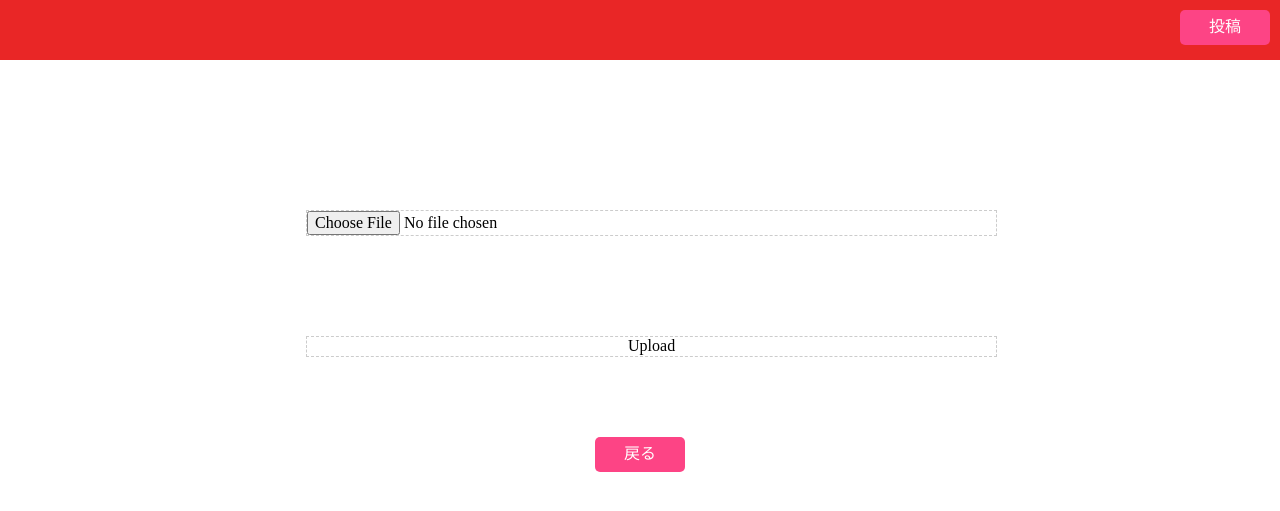
Repository: masaharu0090/yuibon_001
Page: http://localhost/ImagePosting_08.04/views/postImageForm.php?id=25
An editor plug-in stored every save of this project. The page is shown before and after the next save, followed by the edit.
The browser window is 1280 px wide. The pictures show the whole page.
The page is run by PHP 8.4 with error messages shown; the project is at /var/www/html/.

Above is the page before, as saved 2023-08-05 01:23:43.

### ImagePosting_08.04/views/postImageForm.php
<!DOCTYPE html>
<html lang="ja">

<head>
    <meta charset="UTF-8">
    <meta http-equiv="X-UA-Compatible" content="IE=edge">
    <meta name="viewport" content="width=device-width, initial-scale=1.0">
    <link rel="stylesheet" href="../assets/css/style.css">
    <title>画像投稿アプリ</title>
</head>

<body>
    <?php include('./header.php') ?>
    <div class="submitImage">
        <?php
        $action = isset($_GET['id']) ? "../api/updateImage.php?id={$_GET['id']}" : "../api/postImage.php";
        ?>
        <form action="<?php echo $action; ?>" method="post" enctype="multipart/form-data">
            <input type="file" name="file" id="file">
            <input type="submit" name="submit" value="Upload">
        </form>

        <button onclick="location.href='../html/index.php';" class="backButton">戻る</button>
    </div>
</body>


</html>

<script>
function previewFile(event) {
    var fileData = new FileReader();
    fileData.onload = (function() {
        document.getElementById('preview').src = fileData.result;
    });
    fileData.readAsDataURL(event.files[0]);
}
</script>

### ImagePosting_08.04/views/header.php
<!DOCTYPE html>
<html lang="ja">

<head>
    <meta charset="UTF-8">
    <meta http-equiv="X-UA-Compatible" content="IE=edge">
    <meta name="viewport" content="width=device-width, initial-scale=1.0">
    <link rel="stylesheet" href="../style.css">
    <title>画像投稿アプリ</title>
</head>

<body>
    <div class="header">
        <button class="postImage" onclick="location.href='../views/postImageForm.php';">投稿</button>
    </div>
</body>

</html>

### ImagePosting_08.04/assets/css/style.css
/*! destyle.css v3.0.2 | MIT License | https://github.com/nicolas-cusan/destyle.css */

/* Reset box-model and set borders */
/* ============================================ */

*,
::before,
::after {
  box-sizing: border-box;
  border-style: solid;
  border-width: 0;
}

/* Document */
/* ============================================ */

/**
 * 1. Correct the line height in all browsers.
 * 2. Prevent adjustments of font size after orientation changes in iOS.
 * 3. Remove gray overlay on links for iOS.
 */

html {
  line-height: 1.15; /* 1 */
  -webkit-text-size-adjust: 100%; /* 2 */
  -webkit-tap-highlight-color: transparent; /* 3*/
}

/* Sections */
/* ============================================ */

/**
 * Remove the margin in all browsers.
 */

body {
  margin: 0;
}

/**
 * Render the `main` element consistently in IE.
 */

main {
  display: block;
}

/* Vertical rhythm */
/* ============================================ */

p,
table,
blockquote,
address,
pre,
iframe,
form,
figure,
dl {
  margin: 0;
}

/* Headings */
/* ============================================ */

h1,
h2,
h3,
h4,
h5,
h6 {
  font-size: inherit;
  font-weight: inherit;
  margin: 0;
}
/* Lists (enumeration) */
/* ============================================ */


ul,
ol {
  margin: 0;
  padding: 0;
  list-style: none;
}

/* Lists (definition) */
/* ============================================ */

dt {
  font-weight: bold;
}

dd {
  margin-left: 0;
}

/* Grouping content */
/* ============================================ */

/**
 * 1. Add the correct box sizing in Firefox.
 * 2. Show the overflow in Edge and IE.
 */

hr {
  box-sizing: content-box; /* 1 */
  height: 0; /* 1 */
  overflow: visible; /* 2 */
  border-top-width: 1px;
  margin: 0;
  clear: both;
  color: inherit;
}

/**
 * 1. Correct the inheritance and scaling of font size in all browsers.
 * 2. Correct the odd `em` font sizing in all browsers.
 */

pre {
  font-family: monospace, monospace; /* 1 */
  font-size: inherit; /* 2 */
}

address {
  font-style: inherit;
}

/* Text-level semantics */
/* ============================================ */

/**
 * Remove the gray background on active links in IE 10.
 */

a {
  background-color: transparent;
  text-decoration: none;
  color: inherit;
}

/**
 * 1. Remove the bottom border in Chrome 57-
 * 2. Add the correct text decoration in Chrome, Edge, IE, Opera, and Safari.
 */

abbr[title] {
  text-decoration: underline dotted; /* 2 */
}

/**
 * Add the correct font weight in Chrome, Edge, and Safari.
 */

b,
strong {
  font-weight: bolder;
}

/**
 * 1. Correct the inheritance and scaling of font size in all browsers.
 * 2. Correct the odd `em` font sizing in all browsers.
 */

code,
kbd,
samp {
  font-family: monospace, monospace; /* 1 */
  font-size: inherit; /* 2 */
}

/**
 * Add the correct font size in all browsers.
 */

small {
  font-size: 80%;
}

/**
 * Prevent `sub` and `sup` elements from affecting the line height in
 * all browsers.
 */

sub,
sup {
  font-size: 75%;
  line-height: 0;
  position: relative;
  vertical-align: baseline;
}

sub {
  bottom: -0.25em;
}

sup {
  top: -0.5em;
}

/* Replaced content */
/* ============================================ */

/**
 * Prevent vertical alignment issues.
 */

svg,
img,
embed,
object,
iframe {
  vertical-align: bottom;
}

/* Forms */
/* ============================================ */

/**
 * Reset form fields to make them styleable.
 * 1. Make form elements stylable across systems iOS especially.
 * 2. Inherit text-transform from parent.
 */

button,
input,
optgroup,
select,
textarea {
  -webkit-appearance: none; /* 1 */
  appearance: none;
  vertical-align: middle;
  color: inherit;
  font: inherit;
  background: transparent;
  padding: 0;
  margin: 0;
  border-radius: 0;
  text-align: inherit;
  text-transform: inherit; /* 2 */
}

/**
 * Reset radio and checkbox appearance to preserve their look in iOS.
 */

[type="checkbox"] {
  -webkit-appearance: checkbox;
  appearance: checkbox;
}

[type="radio"] {
  -webkit-appearance: radio;
  appearance: radio;
}

/**
 * Correct cursors for clickable elements.
 */

button,
[type="button"],
[type="reset"],
[type="submit"] {
  cursor: pointer;
}

button:disabled,
[type="button"]:disabled,
[type="reset"]:disabled,
[type="submit"]:disabled {
  cursor: default;
}

/**
 * Improve outlines for Firefox and unify style with input elements & buttons.
 */

:-moz-focusring {
  outline: auto;
}

select:disabled {
  opacity: inherit;
}

/**
 * Remove padding
 */

option {
  padding: 0;
}

/**
 * Reset to invisible
 */

fieldset {
  margin: 0;
  padding: 0;
  min-width: 0;
}

legend {
  padding: 0;
}

/**
 * Add the correct vertical alignment in Chrome, Firefox, and Opera.
 */

progress {
  vertical-align: baseline;
}

/**
 * Remove the default vertical scrollbar in IE 10+.
 */

textarea {
  overflow: auto;
}

/**
 * Correct the cursor style of increment and decrement buttons in Chrome.
 */

[type="number"]::-webkit-inner-spin-button,
[type="number"]::-webkit-outer-spin-button {
  height: auto;
}

/**
 * 1. Correct the outline style in Safari.
 */

[type="search"] {
  outline-offset: -2px; /* 1 */
}

/**
 * Remove the inner padding in Chrome and Safari on macOS.
 */

[type="search"]::-webkit-search-decoration {
  -webkit-appearance: none;
}

/**
 * 1. Correct the inability to style clickable types in iOS and Safari.
 * 2. Fix font inheritance.
 */

::-webkit-file-upload-button {
  -webkit-appearance: button; /* 1 */
  font: inherit; /* 2 */
}

/**
 * Clickable labels
 */

label[for] {
  cursor: pointer;
}

/* Interactive */
/* ============================================ */

/*
 * Add the correct display in Edge, IE 10+, and Firefox.
 */

details {
  display: block;
}

/*
 * Add the correct display in all browsers.
 */

summary {
  display: list-item;
}

/*
 * Remove outline for editable content.
 */

[contenteditable]:focus {
  outline: auto;
}

/* Tables */
/* ============================================ */

/**
1. Correct table border color inheritance in all Chrome and Safari.
*/

table {
  border-color: inherit; /* 1 */
  border-collapse: collapse;
}

caption {
  text-align: left;
}

td,
th {
  vertical-align: top;
  padding: 0;
}

th {
  text-align: left;
  font-weight: bold;
}

/* 共通CSS */
/* ヘッダーCSS */
.header {
  width: 100%;
  height: 60px;
  background-color: #e92626;
  display: flex;
  justify-content: end;
}

.postImage {
  margin: 10px;
}

/* 画像投稿アプリ用buttonタグCSS */
button {
  color: #fff;
  background-color: #fd4485;
  width: 90px;
  height: 35px;
  text-align: center;
  border-radius: 5px;
}

/* 画像一覧ページ */
.imageList {
  width: 80%;
  margin: 10px auto 0 auto;
  display: flex;
  flex-wrap: wrap;
  justify-content: center;
  align-items: center;
}

.imageList img {
  width: 300px;
  height: 200px;
  object-fit: cover;
  margin: 10px;
  cursor: pointer;
}

.imageList img:hover {
  opacity: 70%;
}

.customDiv {
  display: flex;
  flex-wrap: wrap;
  justify-content: center;
  align-items: center;
}

.imageFrame {
  position: relative;
  width: calc(10% - 20px); /* 画像枠の幅を10%に設定 (10個の画像を横に並べるため) */
  margin: 5px;
  display: inline-block;
  border: 1px solid #ccc; /* 枠のデフォルトのスタイルを追加 */
  overflow: hidden; /* 画像のアスペクト比を保つために必要 */
}

.imageFrame img {
  max-width: 100%; /* 画像を枠内に収めるため、枠幅に合わせてサイズを調整 */
  height: auto;
  display: block;
}

.imageNumber {
  position: absolute;
  top: 5px;
  left: 5px;
  background-color: rgba(255, 255, 255, 0.8);
  border: 1px solid #ccc;
  border-radius: 5px;
  padding: 3px;
  font-size: 12px;
}

/* 画像が選択されていない空の枠のスタイル */
.emptyImageFrame {
  position: relative;
  width: calc(10% - 20px); /* 画像枠の幅を10%に設定 (10個の画像を横に並べるため) */
  margin: 5px;
  display: inline-block;
  border: 1px dashed #ccc; /* 薄い点線の枠を追加 */
  background-color: #f0f0f0; /* グレーの背景色を追加 */
  padding-top: calc(10% - 20px); /* 枠のアスペクト比を1:1に保つためのトリック */
  text-align: center; /* 番号を中央に表示するためのスタイル */
  line-height: calc(10% - 20px); /* 枠の高さに合わせて行の高さを調整 */
}

/* 画像が選択されていない空の枠のスタイル */
.emptyImageFrame {
  position: relative;
  width: calc(10% - 20px); /* 画像枠の幅を10%に設定 (10個の画像を横に並べるため) */
  margin: 5px;
  display: inline-block;
  border: 1px dashed #ccc; /* 薄い点線の枠を追加 */
  background-color: #f0f0f0; /* グレーの背景色を追加 */
  padding-top: calc(10% - 20px); /* 枠のアスペクト比を1:1に保つためのトリック */
}

/* 画像が選択されていない空の枠のスタイル */
.emptyImageFrame {
  width: calc(10% - 20px); /* 画像枠の幅を10%に設定 (10個の画像を横に並べるため) */
  height: 0;
  padding-top: 100%; /* 枠のアスペクト比を1:1に保つためのトリック */
  margin: 5px;
  display: inline-block;
  border: 1px dashed #ccc; /* 薄い点線の枠を追加 */
}


/* 画像一覧ページ.ページネーション */
.pagination {
  display: flex;
  justify-content: center;
}

.pagination li {
  display: inline;
  padding:10px 15px;
  margin: 3px;
  border:1px #ccc solid;color:#000053;
  border-radius: 5px;
  cursor: pointer;
}

/* 画像詳細ページ */
.detailImageBox {
  width: 80%;
  margin: 50px auto 0 auto;
  text-align: center;
  display: flex;
}

/* 画像 */
.detailImage {
  width: 60%;
}

.detailImage img {
  width: 100%;
  height: 460px;
  object-fit: cover;
}

.detailImagButton {
  width: 50%;
  margin: 10px auto 30px auto;
  display: flex;
  justify-content: space-around;
}

.updateButton {
  background-color: #78E40C;
}

.deleteButton {
  background-color: #FF0000;
}

/* 画像詳細ページ.コメント */
.comment {
  width: 40%;
  margin-left: 40px;
  text-align: left;
  list-style: none;
}

.comment ul {
  height: 280px;
  overflow-y: scroll;
}

.commentTitle {
  font-size: 20px;
  font-weight: bold;
  margin-bottom: 30px;
}

.comment li {
  margin-bottom: 20px;
}

textarea {
  width: 90%;
  height: 100px;
  resize: none;
  border: 1px solid #ccc;
  margin: 20px 0;
  border-radius: 5px;
}

.submitComment {
  width: 100%;
  margin: 0 auto;
  text-align: center;
}

.submitImage {
  width: 60%;
  margin: 100px auto 0 auto;
  text-align: center;
}

#preview {
  margin: 0 auto;
  width: 400px;
  height: 280px;
  object-fit: cover;
  border: 1px dashed #ccc;
}

.submitImage input {
  width: 90%;
  border: 1px dashed #ccc;
  margin: 50px;
}

.backButton {
  margin-top: 30px;
}

### ImagePosting_08.04/style.css
/*! destyle.css v3.0.2 | MIT License | https://github.com/nicolas-cusan/destyle.css */

/* Reset box-model and set borders */
/* ============================================ */

*,
::before,
::after {
  box-sizing: border-box;
  border-style: solid;
  border-width: 0;
}

/* Document */
/* ============================================ */

/**
 * 1. Correct the line height in all browsers.
 * 2. Prevent adjustments of font size after orientation changes in iOS.
 * 3. Remove gray overlay on links for iOS.
 */

html {
  line-height: 1.15; /* 1 */
  -webkit-text-size-adjust: 100%; /* 2 */
  -webkit-tap-highlight-color: transparent; /* 3*/
}

/* Sections */
/* ============================================ */

/**
 * Remove the margin in all browsers.
 */

body {
  margin: 0;
}

/**
 * Render the `main` element consistently in IE.
 */

main {
  display: block;
}

/* Vertical rhythm */
/* ============================================ */

p,
table,
blockquote,
address,
pre,
iframe,
form,
figure,
dl {
  margin: 0;
}

/* Headings */
/* ============================================ */

h1,
h2,
h3,
h4,
h5,
h6 {
  font-size: inherit;
  font-weight: inherit;
  margin: 0;
}
/* Lists (enumeration) */
/* ============================================ */


ul,
ol {
  margin: 0;
  padding: 0;
  list-style: none;
}

/* Lists (definition) */
/* ============================================ */

dt {
  font-weight: bold;
}

dd {
  margin-left: 0;
}

/* Grouping content */
/* ============================================ */

/**
 * 1. Add the correct box sizing in Firefox.
 * 2. Show the overflow in Edge and IE.
 */

hr {
  box-sizing: content-box; /* 1 */
  height: 0; /* 1 */
  overflow: visible; /* 2 */
  border-top-width: 1px;
  margin: 0;
  clear: both;
  color: inherit;
}

/**
 * 1. Correct the inheritance and scaling of font size in all browsers.
 * 2. Correct the odd `em` font sizing in all browsers.
 */

pre {
  font-family: monospace, monospace; /* 1 */
  font-size: inherit; /* 2 */
}

address {
  font-style: inherit;
}

/* Text-level semantics */
/* ============================================ */

/**
 * Remove the gray background on active links in IE 10.
 */

a {
  background-color: transparent;
  text-decoration: none;
  color: inherit;
}

/**
 * 1. Remove the bottom border in Chrome 57-
 * 2. Add the correct text decoration in Chrome, Edge, IE, Opera, and Safari.
 */

abbr[title] {
  text-decoration: underline dotted; /* 2 */
}

/**
 * Add the correct font weight in Chrome, Edge, and Safari.
 */

b,
strong {
  font-weight: bolder;
}

/**
 * 1. Correct the inheritance and scaling of font size in all browsers.
 * 2. Correct the odd `em` font sizing in all browsers.
 */

code,
kbd,
samp {
  font-family: monospace, monospace; /* 1 */
  font-size: inherit; /* 2 */
}

/**
 * Add the correct font size in all browsers.
 */

small {
  font-size: 80%;
}

/**
 * Prevent `sub` and `sup` elements from affecting the line height in
 * all browsers.
 */

sub,
sup {
  font-size: 75%;
  line-height: 0;
  position: relative;
  vertical-align: baseline;
}

sub {
  bottom: -0.25em;
}

sup {
  top: -0.5em;
}

/* Replaced content */
/* ============================================ */

/**
 * Prevent vertical alignment issues.
 */

svg,
img,
embed,
object,
iframe {
  vertical-align: bottom;
}

/* Forms */
/* ============================================ */

/**
 * Reset form fields to make them styleable.
 * 1. Make form elements stylable across systems iOS especially.
 * 2. Inherit text-transform from parent.
 */

button,
input,
optgroup,
select,
textarea {
  -webkit-appearance: none; /* 1 */
  appearance: none;
  vertical-align: middle;
  color: inherit;
  font: inherit;
  background: transparent;
  padding: 0;
  margin: 0;
  border-radius: 0;
  text-align: inherit;
  text-transform: inherit; /* 2 */
}

/**
 * Reset radio and checkbox appearance to preserve their look in iOS.
 */

[type="checkbox"] {
  -webkit-appearance: checkbox;
  appearance: checkbox;
}

[type="radio"] {
  -webkit-appearance: radio;
  appearance: radio;
}

/**
 * Correct cursors for clickable elements.
 */

button,
[type="button"],
[type="reset"],
[type="submit"] {
  cursor: pointer;
}

button:disabled,
[type="button"]:disabled,
[type="reset"]:disabled,
[type="submit"]:disabled {
  cursor: default;
}

/**
 * Improve outlines for Firefox and unify style with input elements & buttons.
 */

:-moz-focusring {
  outline: auto;
}

select:disabled {
  opacity: inherit;
}

/**
 * Remove padding
 */

option {
  padding: 0;
}

/**
 * Reset to invisible
 */

fieldset {
  margin: 0;
  padding: 0;
  min-width: 0;
}

legend {
  padding: 0;
}

/**
 * Add the correct vertical alignment in Chrome, Firefox, and Opera.
 */

progress {
  vertical-align: baseline;
}

/**
 * Remove the default vertical scrollbar in IE 10+.
 */

textarea {
  overflow: auto;
}

/**
 * Correct the cursor style of increment and decrement buttons in Chrome.
 */

[type="number"]::-webkit-inner-spin-button,
[type="number"]::-webkit-outer-spin-button {
  height: auto;
}

/**
 * 1. Correct the outline style in Safari.
 */

[type="search"] {
  outline-offset: -2px; /* 1 */
}

/**
 * Remove the inner padding in Chrome and Safari on macOS.
 */

[type="search"]::-webkit-search-decoration {
  -webkit-appearance: none;
}

/**
 * 1. Correct the inability to style clickable types in iOS and Safari.
 * 2. Fix font inheritance.
 */

::-webkit-file-upload-button {
  -webkit-appearance: button; /* 1 */
  font: inherit; /* 2 */
}

/**
 * Clickable labels
 */

label[for] {
  cursor: pointer;
}

/* Interactive */
/* ============================================ */

/*
 * Add the correct display in Edge, IE 10+, and Firefox.
 */

details {
  display: block;
}

/*
 * Add the correct display in all browsers.
 */

summary {
  display: list-item;
}

/*
 * Remove outline for editable content.
 */

[contenteditable]:focus {
  outline: auto;
}

/* Tables */
/* ============================================ */

/**
1. Correct table border color inheritance in all Chrome and Safari.
*/

table {
  border-color: inherit; /* 1 */
  border-collapse: collapse;
}

caption {
  text-align: left;
}

td,
th {
  vertical-align: top;
  padding: 0;
}

th {
  text-align: left;
  font-weight: bold;
}

/* 共通CSS */
/* ヘッダーCSS */
.header {
  width: 100%;
  height: 60px;
  background-color: #e92626;
  display: flex;
  justify-content: end;
}

.postImage {
  margin: 10px;
}

/* 画像投稿アプリ用buttonタグCSS */
button {
  color: #fff;
  background-color: #fd4485;
  width: 90px;
  height: 35px;
  text-align: center;
  border-radius: 5px;
}

/* 画像一覧ページ */
.imageList {
  width: 80%;
  margin: 10px auto 0 auto;
  display: flex;
  flex-wrap: wrap;
  justify-content: center;
  align-items: center;
}

.imageList img {
  width: 300px;
  height: 200px;
  object-fit: cover;
  margin: 10px;
  cursor: pointer;
}

.imageList img:hover {
  opacity: 70%;
}

.customDiv {
  display: flex;
  flex-wrap: wrap;
  justify-content: center;
  align-items: center;
}

.imageFrame {
  position: relative;
  width: calc(10% - 20px); /* 画像枠の幅を10%に設定 (10個の画像を横に並べるため) */
  margin: 5px;
  display: inline-block;
  border: 1px solid #ccc; /* 枠のデフォルトのスタイルを追加 */
  overflow: hidden; /* 画像のアスペクト比を保つために必要 */
}

.imageFrame img {
  max-width: 100%; /* 画像を枠内に収めるため、枠幅に合わせてサイズを調整 */
  height: auto;
  display: block;
}

.imageNumber {
  position: absolute;
  top: 5px;
  left: 5px;
  background-color: rgba(255, 255, 255, 0.8);
  border: 1px solid #ccc;
  border-radius: 5px;
  padding: 3px;
  font-size: 12px;
}

/* 画像が選択されていない空の枠のスタイル */
.emptyImageFrame {
  position: relative;
  width: calc(10% - 20px); /* 画像枠の幅を10%に設定 (10個の画像を横に並べるため) */
  margin: 5px;
  display: inline-block;
  border: 1px dashed #ccc; /* 薄い点線の枠を追加 */
  background-color: #f0f0f0; /* グレーの背景色を追加 */
  padding-top: calc(10% - 20px); /* 枠のアスペクト比を1:1に保つためのトリック */
  text-align: center; /* 番号を中央に表示するためのスタイル */
  line-height: calc(10% - 20px); /* 枠の高さに合わせて行の高さを調整 */
}

/* 画像が選択されていない空の枠のスタイル */
.emptyImageFrame {
  position: relative;
  width: calc(10% - 20px); /* 画像枠の幅を10%に設定 (10個の画像を横に並べるため) */
  margin: 5px;
  display: inline-block;
  border: 1px dashed #ccc; /* 薄い点線の枠を追加 */
  background-color: #f0f0f0; /* グレーの背景色を追加 */
  padding-top: calc(10% - 20px); /* 枠のアスペクト比を1:1に保つためのトリック */
}

/* 画像が選択されていない空の枠のスタイル */
.emptyImageFrame {
  width: calc(10% - 20px); /* 画像枠の幅を10%に設定 (10個の画像を横に並べるため) */
  height: 0;
  padding-top: 100%; /* 枠のアスペクト比を1:1に保つためのトリック */
  margin: 5px;
  display: inline-block;
  border: 1px dashed #ccc; /* 薄い点線の枠を追加 */
}


/* 画像一覧ページ.ページネーション */
.pagination {
  display: flex;
  justify-content: center;
}

.pagination li {
  display: inline;
  padding:10px 15px;
  margin: 3px;
  border:1px #ccc solid;color:#000053;
  border-radius: 5px;
  cursor: pointer;
}

/* 画像詳細ページ */
.detailImageBox {
  width: 80%;
  margin: 50px auto 0 auto;
  text-align: center;
  display: flex;
}

/* 画像 */
.detailImage {
  width: 60%;
}

.detailImage img {
  width: 100%;
  height: 460px;
  object-fit: cover;
}

.detailImagButton {
  width: 50%;
  margin: 10px auto 30px auto;
  display: flex;
  justify-content: space-around;
}

.updateButton {
  background-color: #78E40C;
}

.deleteButton {
  background-color: #FF0000;
}

/* 画像詳細ページ.コメント */
.comment {
  width: 40%;
  margin-left: 40px;
  text-align: left;
  list-style: none;
}

.comment ul {
  height: 280px;
  overflow-y: scroll;
}

.commentTitle {
  font-size: 20px;
  font-weight: bold;
  margin-bottom: 30px;
}

.comment li {
  margin-bottom: 20px;
}

textarea {
  width: 90%;
  height: 100px;
  resize: none;
  border: 1px solid #ccc;
  margin: 20px 0;
  border-radius: 5px;
}

.submitComment {
  width: 100%;
  margin: 0 auto;
  text-align: center;
}

.submitImage {
  width: 60%;
  margin: 100px auto 0 auto;
  text-align: center;
}

#preview {
  margin: 0 auto;
  width: 400px;
  height: 280px;
  object-fit: cover;
  border: 1px dashed #ccc;
}

.submitImage input {
  width: 90%;
  border: 1px dashed #ccc;
  margin: 50px;
}

.backButton {
  margin-top: 30px;
}

After the next save:
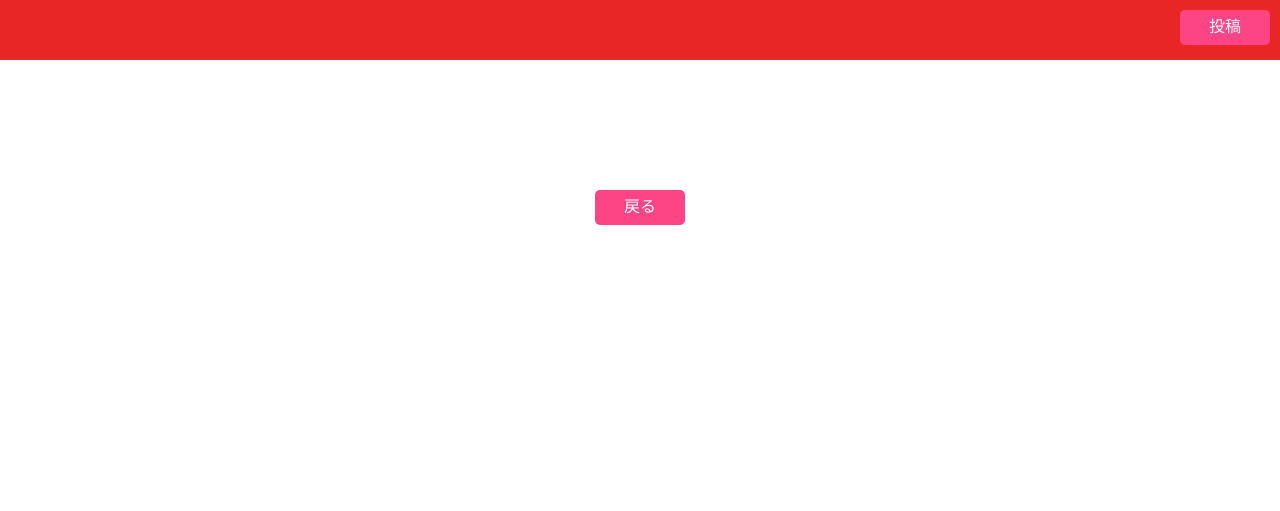
Saved 53 s later.
--- a/ImagePosting_08.04/views/postImageForm.php
+++ b/ImagePosting_08.04/views/postImageForm.php
@@ -15,10 +15,7 @@
         <?php
         $action = isset($_GET['id']) ? "../api/updateImage.php?id={$_GET['id']}" : "../api/postImage.php";
         ?>
-        <form action="<?php echo $action; ?>" method="post" enctype="multipart/form-data">
-            <input type="file" name="file" id="file">
-            <input type="submit" name="submit" value="Upload">
-        </form>
+
 
         <button onclick="location.href='../html/index.php';" class="backButton">戻る</button>
     </div>

After the save that followed:
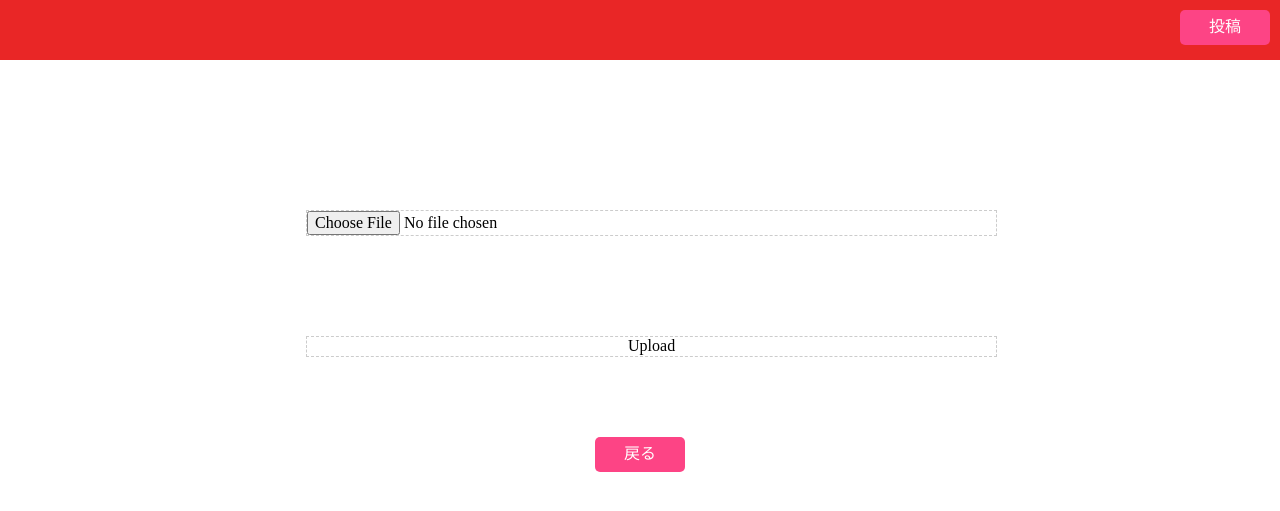
Saved 31 s later.
--- a/ImagePosting_08.04/views/postImageForm.php
+++ b/ImagePosting_08.04/views/postImageForm.php
@@ -15,7 +15,10 @@
         <?php
         $action = isset($_GET['id']) ? "../api/updateImage.php?id={$_GET['id']}" : "../api/postImage.php";
         ?>
-
+        <form action="<?php echo $action; ?>" method="post" enctype="multipart/form-data">
+            <input type="file" name="file" id="file">
+            <input type="submit" name="submit" value="Upload">
+        </form>
 
         <button onclick="location.href='../html/index.php';" class="backButton">戻る</button>
     </div>
